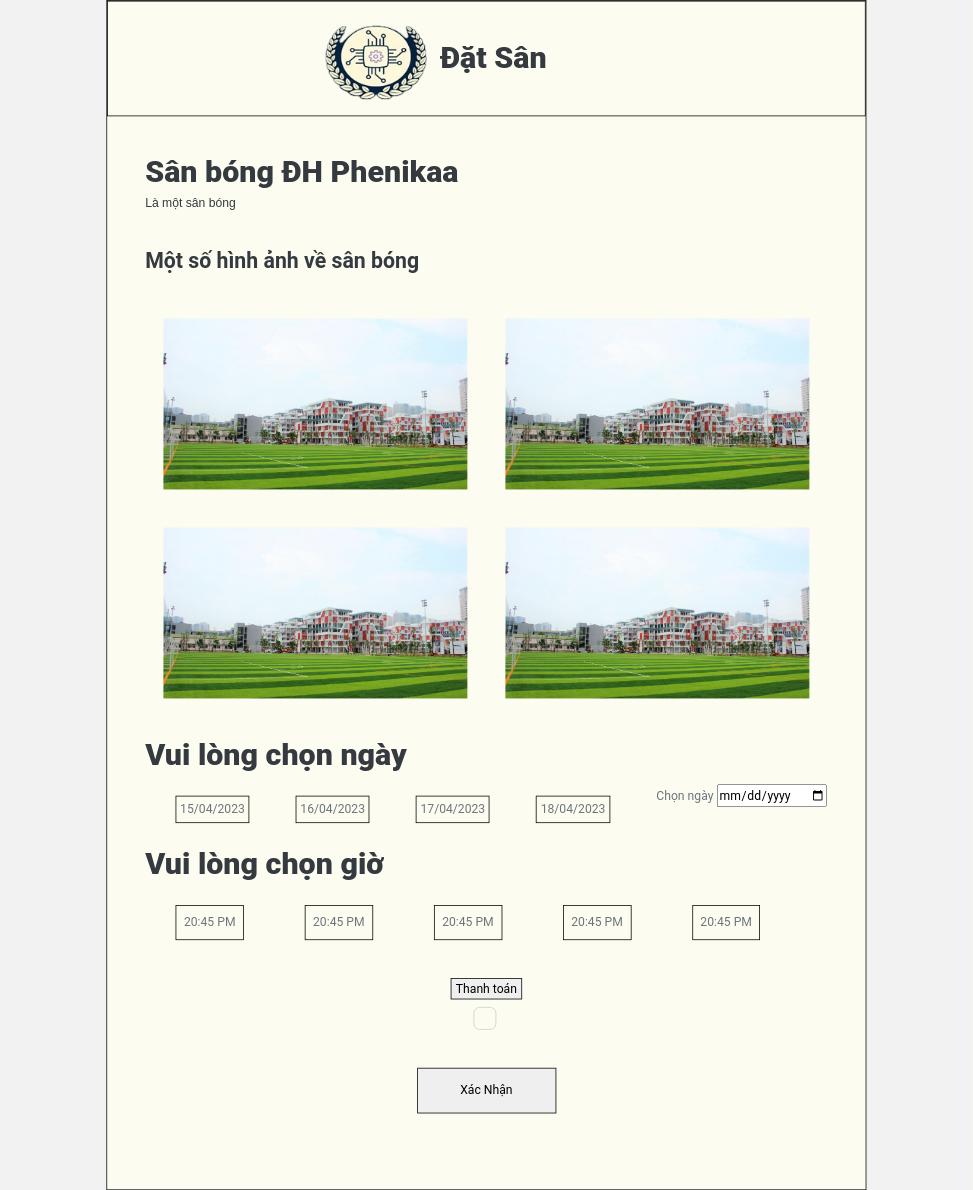
Repository: tus3300/BTL
Page: code/tacket.html
These files come from the project's save history. The page is drawn as it stood at one moment and after the next save; the edit follows.
The browser window is 1280 px wide. The pictures show the whole page, at 76% of full size.

Above is the page before, as saved 2023-05-20 23:29:39.

### code/tacket.html
<div class="tacket">
    <link href="css/style.css" rel="stylesheet">
    <link href="https://cdnjs.cloudflare.com/ajax/libs/font-awesome/5.15.0/css/all.min.css" rel="stylesheet">

    <div class="head-tacket">
        <img src="./img/logo.png" alt="" class="">
        <h1 class="">Đặt Sân</h1>
    </div>

    <div class="main-tacket">
        <div class="head-main-tacket">
            <h1 class="">Sân bóng ĐH Phenikaa</h1>
            <h4 class="">Là một sân bóng </h4>
            <h3 class="">Một số hình ảnh về sân bóng</h3>
            <div class="main-tacket-img">
                <img src="./img/news-500x280-4.jpg" alt="" class="">
                <img src="./img/news-500x280-4.jpg" alt="" class="">
                <img src="./img/news-500x280-4.jpg" alt="" class="">
                <img src="./img/news-500x280-4.jpg" alt="" class="">
            </div>
        </div>
        <div class="main-main-tacket">
            <div class="day-main-ticket">
                <h1 class="h1-main-tacket">Vui lòng chọn ngày</h1>
                <div class="round-ul">
                    <ul class="ul-day-tacket">
                        <li class="li-tacket">
                            <div class="item-tacket">
                                15/04/2023
                            </div>
                        </li>
                        <li class="li-tacket">
                            <div class="item-tacket">
                                16/04/2023
                            </div>
                        </li>
                        <li class="li-tacket">
                            <div class="item-tacket">
                                17/04/2023
                            </div>
                        </li>
                        <li class="li-tacket">
                            <div class="item-tacket">
                                18/04/2023
                            </div>
                        </li>

                        <div class="datepicker">
                            <label for="dateofbirth">Chọn ngày</label>
                            <input type="date" name="dateofbirth" id="dateofbirth">
                        </div>
                    </ul>
                </div>
            </div>

            <div class="hour-main-ticket">
                <h1 class="h1-main-tacket">Vui lòng chọn giờ</h1>
                <ul class="ul-hour-ticket">
                    <li class="li-hour-ticket">
                        <div class="hour-ticket">20:45 PM</div>
                    </li>
                    <li class="li-hour-ticket">
                        <div class="hour-ticket">20:45 PM</div>
                    </li>
                    <li class="li-hour-ticket">
                        <div class="hour-ticket">20:45 PM</div>
                    </li>
                    <li class="li-hour-ticket">
                        <div class="hour-ticket">20:45 PM</div>
                    </li>
                    <li class="li-hour-ticket">
                        <div class="hour-ticket">20:45 PM</div>
                    </li>
                </ul>
            </div>
        </div>
    </div>

    <div class="foot-ticket">
        <div class="bill-ticket">
            <button>Thanh toán</button>
        </div>
        <div class="check-bill">
            <style>
              .checkbox-style {
                display: inline-flex;
                align-items: center;
                gap: 10px;
                cursor: pointer;
                display: flex;
                justify-content: center;
                align-items: center;
                margin-top: 10px;
                margin-left: 5px;
              }
              .checkbox-label {
                cursor: pointer;
              }
              .checkbox-style input {
                display: none;
              }
              .checkbox-box {
                width: 30px;
                height: 30px;
                border: 1px solid #ccc;
                border-radius: 8px;
                padding: 5px;
                color: transparent;
                transition: all 0.2s linear;
              }
              .checkbox-input:checked + .checkbox-box {
                background-color: #6a5af9;
                border-color: #6a5af9;
                color: white;
              }
            </style>
            <label for="checkbox" class="checkbox-style">
              <input
                type="checkbox"
                name="evondev"
                id="checkbox"
                class="checkbox-input"
              />
              <div class="checkbox-box">
                <svg
                  xmlns="http://www.w3.org/2000/svg"
                  class="h-5 w-5"
                  viewBox="0 0 20 20"
                  fill="currentColor"
                >
                  <path
                    fill-rule="evenodd"
                    d="M16.707 5.293a1 1 0 010 1.414l-8 8a1 1 0 01-1.414 0l-4-4a1 1 0 011.414-1.414L8 12.586l7.293-7.293a1 1 0 011.414 0z"
                    clip-rule="evenodd"
                  />
                </svg>
              </div>
              <label for="checkbox" class="checkbox-label"></label>
            </label>
        </div>
        <div class="check-ticket">
            <button>Xác Nhận</button>
        </div>
    </div>
</div>
<script src="js/date.js"></script>

### code/js/date.js
const itemTacket = document.querySelectorAll('.item-tacket');

itemTacket.forEach((item) => {
    item.addEventListener("click" ,function(event){
        itemTacket.forEach((el) => el.classList.remove('active'));
        event.target.classList.add('active')
    })
})


const hourticket = document.querySelectorAll('.hour-ticket');

hourticket.forEach((item) => {
    item.addEventListener("click" ,function(event){
        hourticket.forEach((el) => el.classList.remove('active'));
        event.target.classList.add('active')
    })
})

Loaded but not shown: code/css/style.css (library)

After the next save:
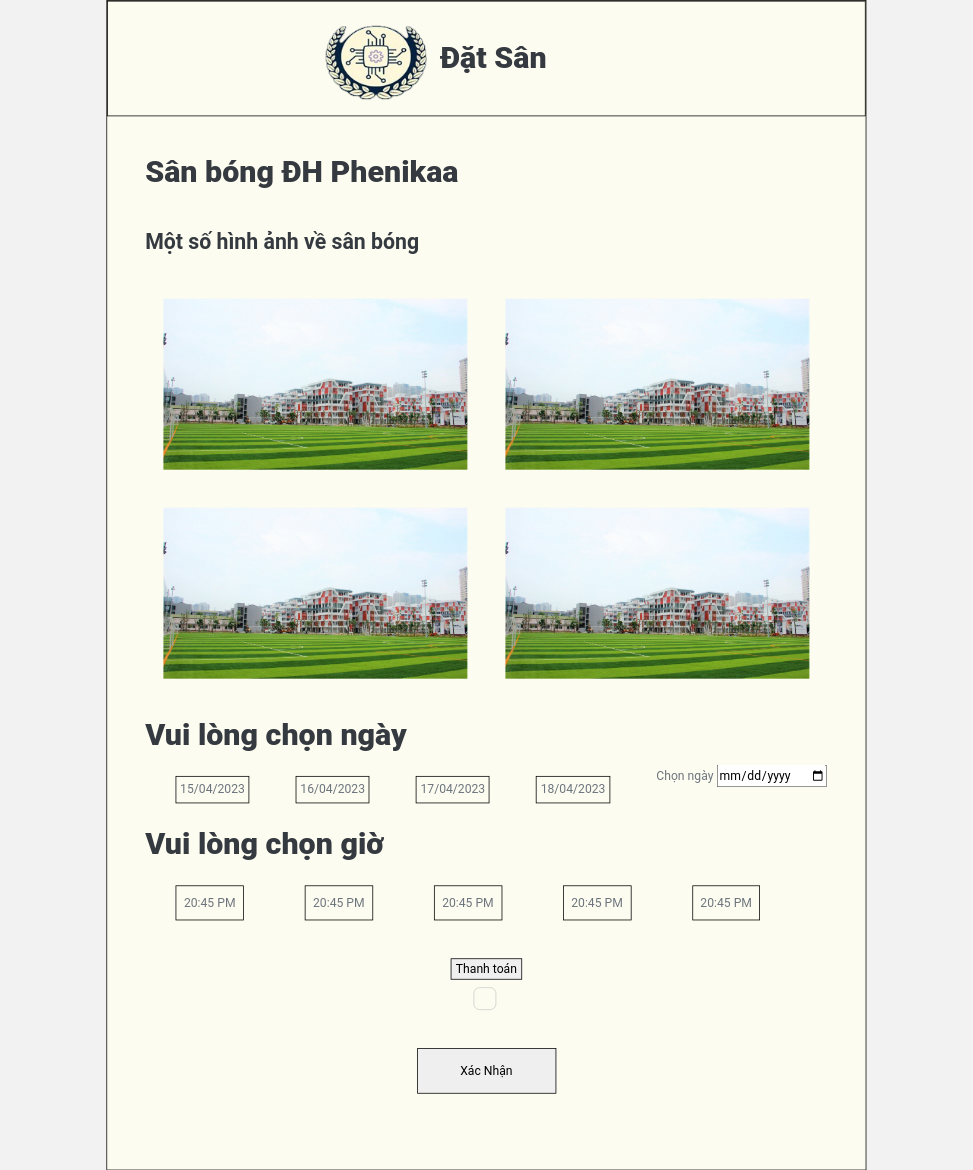
Saved 17 s later.
--- a/code/tacket.html
+++ b/code/tacket.html
@@ -10,7 +10,6 @@
     <div class="main-tacket">
         <div class="head-main-tacket">
             <h1 class="">Sân bóng ĐH Phenikaa</h1>
-            <h4 class="">Là một sân bóng </h4>
             <h3 class="">Một số hình ảnh về sân bóng</h3>
             <div class="main-tacket-img">
                 <img src="./img/news-500x280-4.jpg" alt="" class="">
